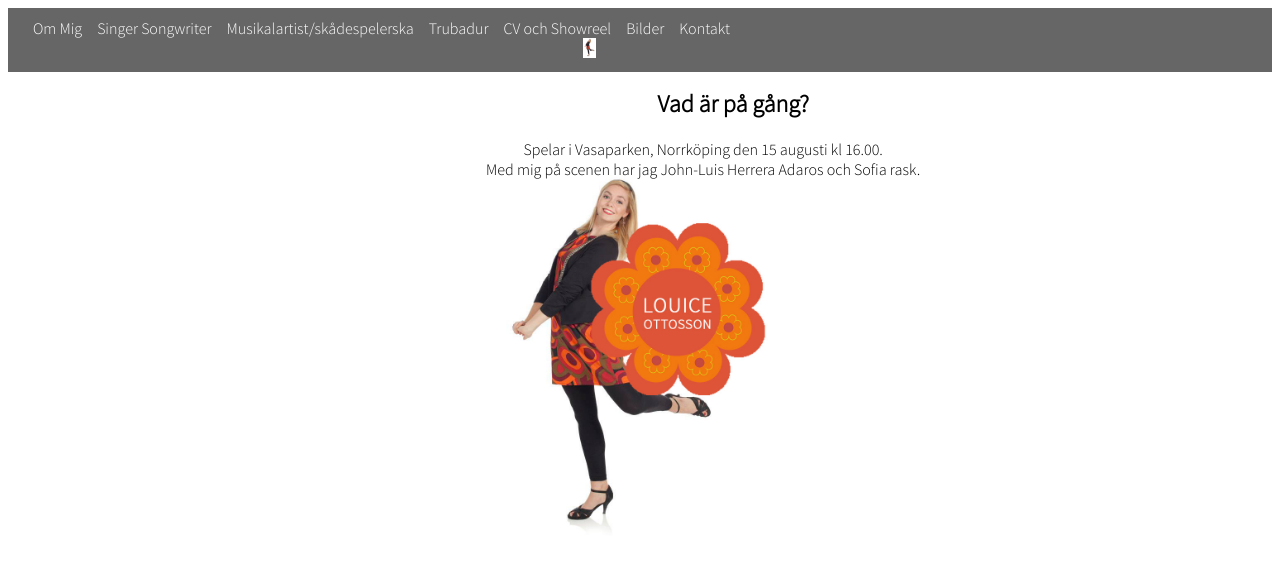
Repository: MarkusGirdland/LouiceOttosson
Page: index.html
The author's editor kept a record of every edit. The page is drawn from the files as they stood at one moment, then again after the next edit.
The browser window is 1280 px wide. The pictures show the whole page.

Above is the page before.

After the next edit:
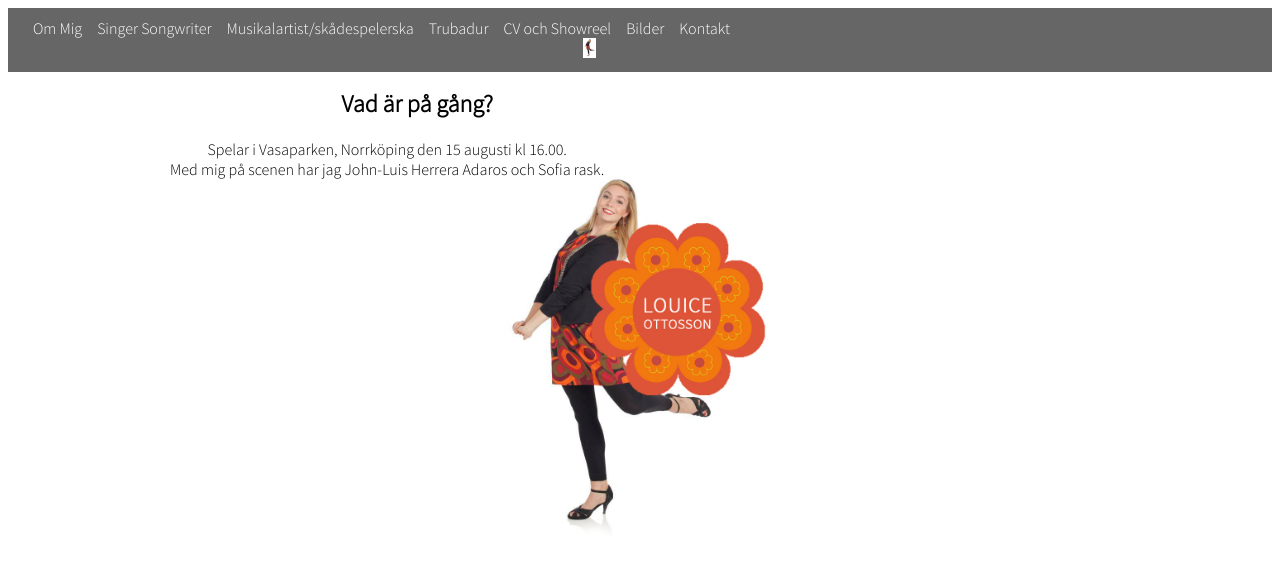
The edit:
--- a/css/basic.css
+++ b/css/basic.css
@@ -108,7 +108,7 @@
 }
 
 .indexText {
-    margin-left: 10%;
+    margin-right: 40%;
     font-family: "SourceSansLight";
     text-align: center;
 }
